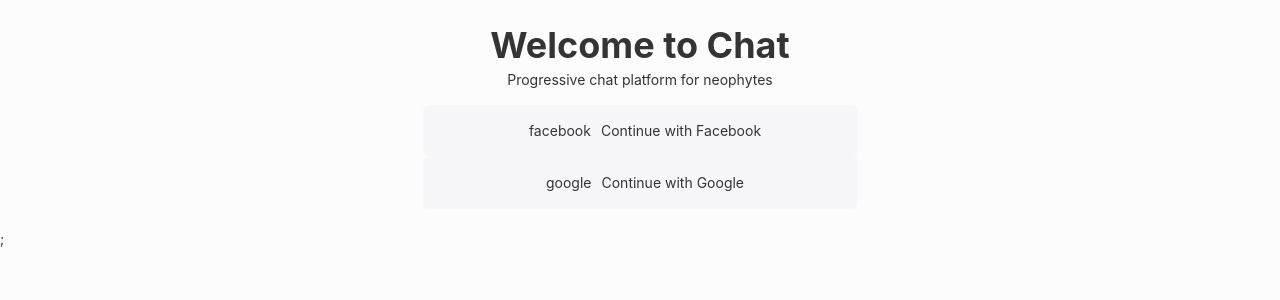
Repository: Mayur2905/chat-app
Page: /
An editor plug-in stored every save of this project. The page is shown before and after a run of saves, followed by the edit.
The browser window is 1280 px wide. The pictures show the whole page.
The project was rebuilt for these pictures with package versions that can differ from the ones it lists, and the page was loaded fresh each time. A package was used in the major version that the imports need, not the one package.json lists. Also part of the build but not shown: src/pages/Home.js.

Above is the page before, as saved 2021-10-22 22:24:46.

After the next 2 saves:
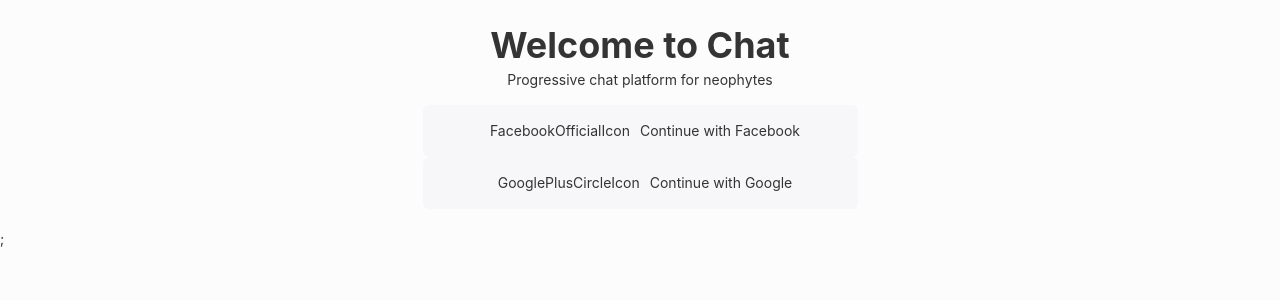
The 2 saves are shown as one change because 1 did not build or start.
The last was saved 4 min 22 s later.
--- a/src/pages/Signin.js
+++ b/src/pages/Signin.js
@@ -1,3 +1,4 @@
+/* eslint-disable react/jsx-no-undef */
 import React from 'react'
 import {Button, Col, Container,Grid,IconButton,Panel,Row} from 'rsuite';
 
@@ -17,12 +18,12 @@
                         </div>
                         <div className="mt-3">
                             <Button block color="blue">
-                                <IconButton icon="facebook"/> Continue with Facebook
+                                <IconButton icon="FacebookOfficialIcon" /> Continue with Facebook
                             </Button>
                         </div>
                         <div>
                             <Button block color="green">
-                                <IconButton icon="google"/> Continue with Google
+                                <IconButton icon="GooglePlusCircleIcon " /> Continue with Google
                             </Button>
                         </div>
                     </Panel>
